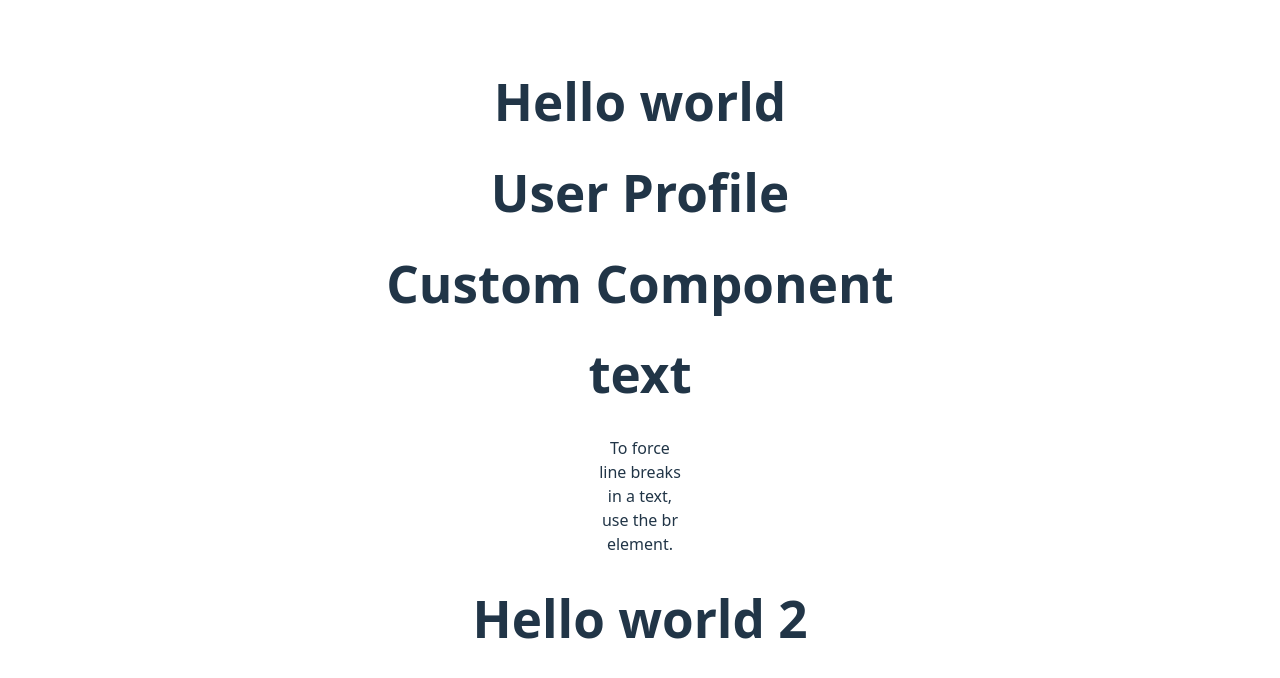
Repository: Janum4444/React-learning
Page: /
These files come from the project's save history. The page is drawn as it stood at one moment and after the next save; the edit follows.
The browser window is 1280 px wide. The pictures show the whole page.
The project was rebuilt for these pictures with package versions that can differ from the ones it lists, and the page was loaded fresh each time. Also part of the build but not shown: vite.config.js.

Above is the page before, as saved 2026-02-21 19:56:37.

### src/App.jsx

import './App.css'
import { Hello } from './Hello.jsx'
import {UserProfile, CustomComponent} from './UserProfile.jsx'

function App() {

  return (
    <>
      <div>
        <h1> Hello world</h1>
        <UserProfile />
        <CustomComponent />
        <Hello />
      </div>
    </>
  )
}

export default App

### src/Hello.jsx
export const Hello = () => {
    let text = "Hello world 1"
    return (
        <>
            <div id="hello-container1">
                <h1> text</h1>
            </div>

            <p>
                To force
                <br /> line breaks
                <br /> in a text,
                <br /> use the br
                <br /> element.
            </p>

            <div id="hello-container2">
                <h1> Hello world 2</h1>
            </div>
        </>
    );
};

### src/UserProfile.jsx


export const UserProfile = () => {
    return (
        <div>
            <h1> User Profile </h1>
        </div>
    )
}


export const CustomComponent = () => {
    return (
        <div>
            <h1> Custom Component </h1>
        </div>
    )
}

Loaded but not shown: src/main.jsx (common file); src/index.css (common file); src/App.css (common file)

After the next save:
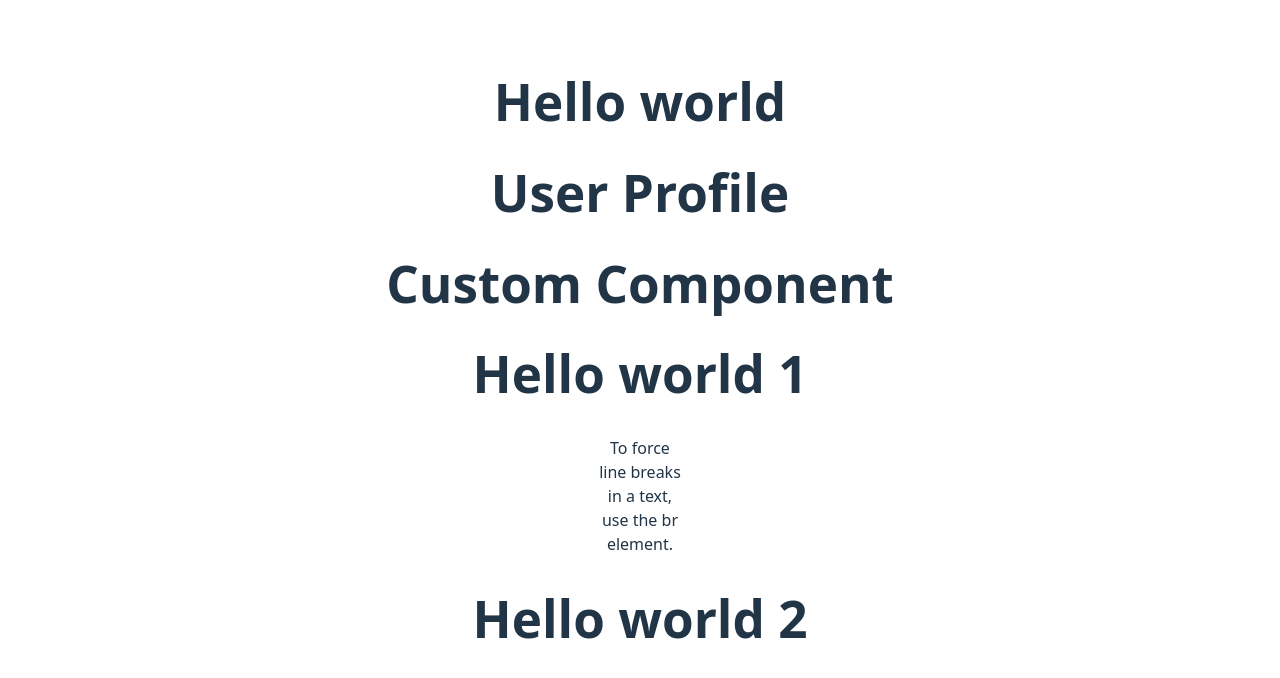
Saved 5 s later.
--- a/src/Hello.jsx
+++ b/src/Hello.jsx
@@ -3,7 +3,7 @@ export const Hello = () => {
     return (
         <>
             <div id="hello-container1">
-                <h1> text</h1>
+                <h1> {text}</h1>
             </div>
 
             <p>
